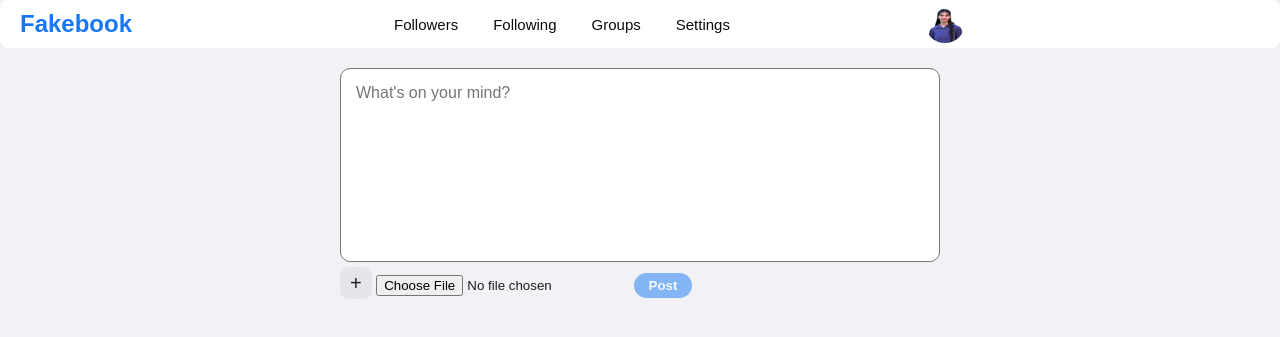
Repository: harpreetkaur2201/FAKEBOOK
Page: fakebook_profile/index.html
These files come from the project's save history. The page is drawn as it stood at one moment and after the next save; the edit follows.
The browser window is 1280 px wide. The pictures show the whole page.

Above is the page before, as saved 2025-11-14 20:01:16.

### fakebook_profile/index.html
<!doctype html>
<html lang="en">
<head>
  <meta charset="utf-8" />
  <meta name="viewport" content="width=device-width, initial-scale=1" />
  <title>Fakebook</title>
  <link rel="stylesheet" href="./assets/styles/style.css">
</head>
<body>
  <header>
    <div class="logo">Fakebook</div>
    <nav>
      <a href="#followers">Followers</a>
      <a href="#following">Following</a>
      <a href="#groups">Groups</a>
      <a href="#settings">Settings</a>
      <a href="#profile"><img id="headerAvatar" src="./assets/Profile pic.jpg" alt="Profile" class="avatar"></a>
    </nav>
  </header>

  <main>
    <section class="create-post">
      <form id="postForm">
        <textarea id="postText" placeholder="What's on your mind?" rows="9"></textarea>
        <div>
          <label for="imageInput">+</label>
            <input id="imageInput" type="file" accept="image/*">
          <button id="postBtn" type="submit" disabled>Post</button>
        </div>
      </form>
    </section>

    <section id="posts"></section>
  </main>

  <div id="modal" class="modal" aria-hidden="true">
    <div class="modal-content">
      <a href="#" id="closeModal">Close</a>
      <div>
        <div id="modalAvatar"></div>
        <h2 id="modalName">Your Name</h2>
        <p id="modalBio">Your bio will appear here.</p>
      </div>
    </div>
  </div>
    <script type="module" src="./assets/script/script.js"></script>
</body>
</html>

### fakebook_profile/assets/styles/style.css
* {
  padding: 0;
  margin: 0;
  box-sizing: border-box;
  font-family: Arial, sans-serif;
}

body {
  background: #f0f2f5;
  color: #1c1e21;

}

.container {
  max-width: 700px;
  margin: 20px auto;
  padding: 0 15px;
}

header {
  display: flex;
  justify-content: space-between;
  align-items: center;
  background: white;
  padding: 10px 20px;
  border-radius: 8px;
  color: #1877f2;
  position: relative;
}

header .logo {
  font-size: 1.5rem;
  font-weight: bold;
}

header nav {
  position: absolute;
  left: 30%;
  display: flex;
  gap: 15px;
  align-items: center;
}

header nav a {
  text-decoration: none;
  color: #0c0c0c;
  font-size: 15px;
  padding: 5px 10px;
  border-radius: 6px;
  transition: background 0.2s;
}

header nav a:hover {
  background: #e4e6eb;
}

header nav img.avatar {
  width: 40px;
  height: 40px;
  border-radius: 50%;
  position: relative;
  left: 400%;
}

.create-post {
  max-width: 600px; /* limit width */
  margin: 20px auto; /* center form */
}

.create-post form {
  display: flex;
  flex-direction: column;
  gap: 10px;
 /* background: white;
  padding: 15px;
  margin-top: 20px;
  border-radius: 10px; */
}

.create-post label {
  cursor: pointer;
  font-size: 20px;
  background: #e4e6eb;
  padding: 5px 10px;
  border-radius: 8px;
}

#create-post input[type="file"] {
  display: none; /* hide default choose file text */
}

#create-post textarea,
.create-post textarea {
  width: 100%;
  min-height: 120px;
  padding: 15px;
  border-radius: 10px;
  font-size: 16px;
  resize: none;
}

.controls {
  display: flex;
  align-items: center;
  gap: 10px;
}

.file-label {
  background: #e4e6eb;
  padding: 5px 8px;
  border-radius: 8px;
  cursor: pointer;
}

.controls input[type="file"] {
  display: none;
}

#postBtn {
  padding: 5px 15px;
  border-radius: 20px;
  background: #1877f2;
  color: white;
  font-weight: bold;
  cursor: pointer;
  border: none;
}

#postBtn:disabled {
  opacity: 0.5;
  cursor: not-allowed;
}

.posts {
  margin-top: 20px;
  display: flex;
  flex-direction: column;
  gap: 15px;
}

.post {
  background: white;
  padding: 10px;
  border-radius: 10px;
}

.post-header {
  display: flex;
  align-items: center;
  gap: 10px;
  margin-bottom: 8px;
}

.post-header .avatar {
  width: 35px;
  height: 35px;
  border-radius: 50%;
  background: #ccc;
  display: flex;
  align-items: center;
  justify-content: center;
  color: white;
  font-weight: bold;
}

.post-body img {
  max-width: 100%;
  margin-top: 8px;
  border-radius: 8px;
}

.modal {
  position: fixed;
  inset: 0;
  background: rgba(0, 0, 0, 0.5);
  display: flex;
  justify-content: center;
  align-items: center;
  opacity: 0;
  pointer-events: none;
  transition: opacity 0.3s ease;
  z-index: 1000;
}

.modal[aria-hidden="false"] {
  opacity: 1;
  pointer-events: auto;
}

.modal-content {
  background: white;
  padding: 20px;
  border-radius: 12px;
  max-width: 400px;
  width: 90%;
  position: relative;
  box-shadow: 0 4px 10px rgba(0, 0, 0, 0.2);
  text-align: center;
}

.modal-content #closeModal {
  position: absolute;
  top: 10px;
  right: 15px;
  font-size: 1.2rem;
  text-decoration: none;
  color: #333;
}

.account-view h2 {
  margin: 10px 0 5px 0;
  font-size: 1.2rem;
}

.account-view .bio-text {
  font-size: 14px;
  color: #2d2626;
  margin-bottom: 10px;
}

.modal-avatar img {
  width: 60px;
  height: 60px;
  border-radius: 50%;
  object-fit: cover;
}

.account-view div a {
  display: inline-block;
  flex: 1;
  margin: 5px 3px;
  padding: 6px;
  border-radius: 8px;
  background: #e4e6eb;
  font-weight: 500;
  text-decoration: none;
  color: #000;
  transition: background 0.2s;
}

.account-view div a:hover {
  background: #d8dadf;
}

### fakebook_profile/assets/script/script.js
// assets/script/script.js  (make sure index.html uses this file path with type="module")
import { User } from './user.js';
import { Subscriber } from './subscriber.js';

document.addEventListener('DOMContentLoaded', () => {
  // DOM
  const postForm = document.getElementById('postForm');
  const postText = document.getElementById('postText');
  const imageInput = document.getElementById('imageInput');
  const postBtn = document.getElementById('postBtn');
  const postsContainer = document.getElementById('posts');

  const headerAvatar = document.getElementById('headerAvatar');
  const modal = document.getElementById('modal');
  const closeModalBtn = document.getElementById('closeModal');
  const modalName = document.getElementById('modalName');
  const modalBio = document.getElementById('modalBio');
  const modalAvatar = document.getElementById('modalAvatar');

  // Create Subscriber with all required properties (manually provided)
  const account = new Subscriber(
    101,                                  // id
    "Harpreet Kaur",                      // name
    "harpreet123",                        // userName
    "harpreet@example.com",               // email
    ["Food Lovers", "Travel Diaries"],    // pages (array)
    ["Winnipeg Students", "Punjabi Group"], // groups (array)
    true                                  // canMonetize (boolean)
  );

  // UI-only profile (bio + profile pic) — NOT part of the User required fields
  const accountProfile = {
    bio: "Hi! I love food and travel.",
    profilePic: "./assets/Profile pic.jpg"
  };

  // Post class uses account.getInfo() for header name
  class Post {
    constructor(userInfo, profile, text, image) {
      this.userInfo = userInfo; // object from getInfo()
      this.profile = profile;   // UI fields
      this.text = text;
      this.image = image;
      this.time = new Date();
    }

    render() {
      const postDiv = document.createElement('div');
      postDiv.className = 'post';

      // Header: avatar, name, time
      const headerDiv = document.createElement('div');
      headerDiv.className = 'post-header';

      const avatarDiv = document.createElement('div');
      avatarDiv.className = 'avatar';
      if (this.profile.profilePic) {
        avatarDiv.style.backgroundImage = `url(${this.profile.profilePic})`;
        avatarDiv.style.backgroundSize = 'cover';
        avatarDiv.style.backgroundPosition = 'center';
      } else {
        avatarDiv.textContent = this.userInfo.name.charAt(0);
      }

      const nameDiv = document.createElement('div');
      const nameEl = document.createElement('div');
      nameEl.textContent = this.userInfo.name;

      const timeEl = document.createElement('div');
      timeEl.className = 'post-meta';
      timeEl.textContent = this.time.toLocaleString();

      nameDiv.appendChild(nameEl);
      nameDiv.appendChild(timeEl);
      headerDiv.appendChild(avatarDiv);
      headerDiv.appendChild(nameDiv);

      // Body
      const bodyDiv = document.createElement('div');
      bodyDiv.className = 'post-body';
      if (this.text && this.text.trim() !== '') {
        const textP = document.createElement('p');
        textP.textContent = this.text;
        textP.style.textAlign = 'center';
        bodyDiv.appendChild(textP);
      }
      if (this.image) {
        const img = document.createElement('img');
        img.src = this.image;
        img.alt = 'Posted image';
        bodyDiv.appendChild(img);
      }

      postDiv.appendChild(headerDiv);
      postDiv.appendChild(bodyDiv);
      return postDiv;
    }
  }

  const posts = [];

  // Toggle Post button: require text OR image
  function togglePostBtn() {
    postBtn.disabled = postText.value.trim() === '' && imageInput.files.length === 0;
  }

  postText.addEventListener('input', togglePostBtn);
  imageInput.addEventListener('change', togglePostBtn);

  // Submit
  postForm.addEventListener('submit', (e) => {
    e.preventDefault();
    if (imageInput.files[0]) {
      const reader = new FileReader();
      reader.onload = () => createPost(reader.result);
      reader.readAsDataURL(imageInput.files[0]);
    } else {
      createPost(null);
    }
  });

  function createPost(imageData) {
    const userInfo = account.getInfo(); // Subscriber.getInfo() calls super.getInfo()
    const newPost = new Post(userInfo, accountProfile, postText.value, imageData);
    posts.unshift(newPost);
    renderPosts();
    postForm.reset();
    togglePostBtn();
  }

  function renderPosts() {
    postsContainer.innerHTML = '';
    posts.forEach(p => {
      if (p.text || p.image) postsContainer.appendChild(p.render());
    });
  }

  // Modal logic — USE getInfo() to populate
  headerAvatar.addEventListener('click', () => {
    const info = account.getInfo();  // <-- must come from getInfo()
    modalName.textContent = info.name;
    modalBio.textContent = accountProfile.bio || '';
    modalAvatar.innerHTML = '';
    if (accountProfile.profilePic) {
      const img = document.createElement('img');
      img.src = accountProfile.profilePic;
      img.alt = info.name;
      modalAvatar.appendChild(img);
    }

    // OPTIONAL: show subscriber details inside modal too (pages/groups)
    // Example: append below bio:
    const extra = document.createElement('div');
    extra.innerHTML = `<small>Pages: ${info.pages.join(', ') || '—'}</small><br>
                       <small>Groups: ${info.groups.join(', ') || '—'}</small><br>
                       <small>Can monetize: ${info.canMonetize}</small>`;
    modalAvatar.parentElement.appendChild(extra);

    modal.setAttribute('aria-hidden', 'false');
  });

  closeModalBtn.addEventListener('click', () => {
    modal.setAttribute('aria-hidden', 'true');
    // remove appended extra if present (clean)
    const parent = modalAvatar.parentElement;
    if (parent.lastElementChild && parent.lastElementChild.tagName === 'DIV' &&
        parent.lastElementChild.innerHTML.includes('Can monetize')) {
      parent.removeChild(parent.lastElementChild);
    }
  });

  modal.addEventListener('click', (e) => { if (e.target === modal) modal.setAttribute('aria-hidden', 'true'); });

  // initial
  togglePostBtn();
}); // end DOMContentLoaded

### fakebook_profile/assets/script/user.js
'use strict';

// user.js
export class User {
  #id;
  #name;
  #userName;
  #email;

  constructor(id, name, userName, email) {
    this.#id = id;
    this.#name = name;
    this.#userName = userName;
    this.#email = email;
  }

  getInfo() {
    return {
      id: this.#id,
      name: this.#name,
      userName: this.#userName,
      email: this.#email
    };
  }
}

### fakebook_profile/assets/script/subscriber.js
'use strict';
// subscriber.js
import { User } from './user.js';

export class Subscriber extends User {
  #pages;
  #groups;
  #canMonetize;

  constructor(id, name, userName, email, pages = [], groups = [], canMonetize = false) {
    super(id, name, userName, email);
    this.#pages = pages;
    this.#groups = groups;
    this.#canMonetize = canMonetize;
  }

  getInfo() {
    return {
      ...super.getInfo(),
      pages: this.#pages,
      groups: this.#groups,
      canMonetize: this.#canMonetize
    };
  }
}

After the next save:
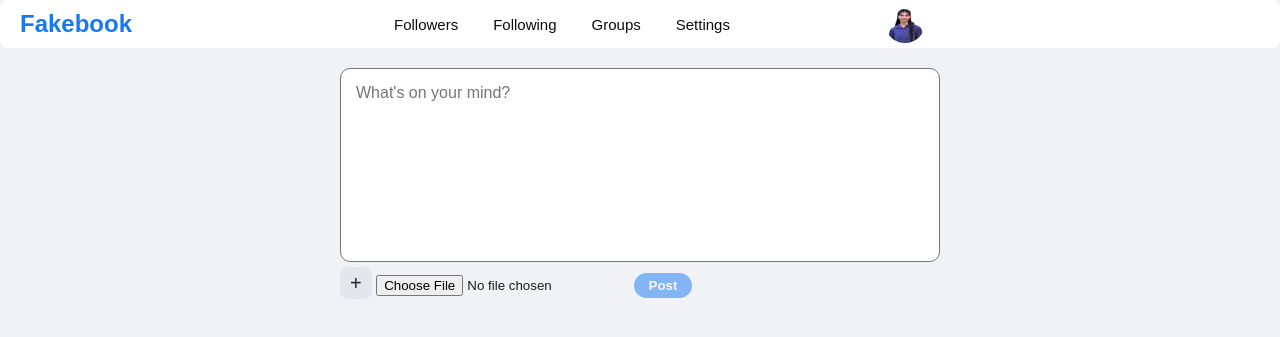
Saved 5 s later.
--- a/fakebook_profile/assets/styles/style.css
+++ b/fakebook_profile/assets/styles/style.css
@@ -59,7 +59,7 @@ header nav img.avatar {
   height: 40px;
   border-radius: 50%;
   position: relative;
-  left: 400%;
+  left: 300%;
 }
 
 .create-post {
